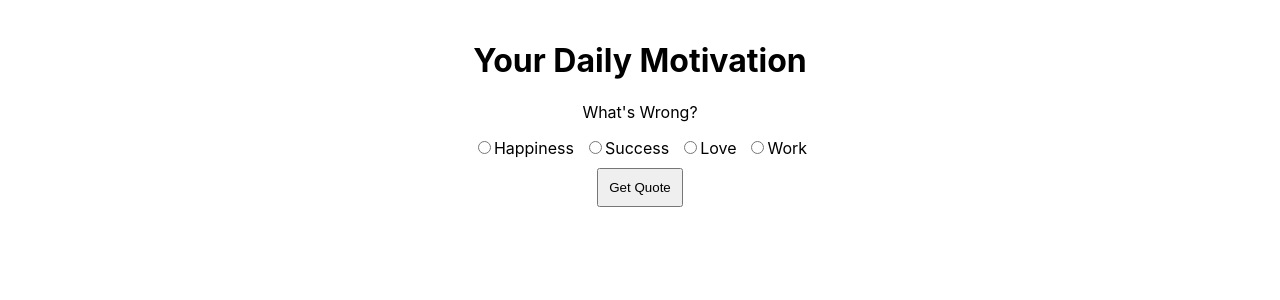
Repository: Allen-Feng-04/Advice_Generator
Page: /
These files come from the project's save history. The page is drawn as it stood at one moment and after the next save; the edit follows.
The browser window is 1280 px wide. The pictures show the whole page.
The project was rebuilt for these pictures with package versions that can differ from the ones it lists, and the page was loaded fresh each time.

Above is the page before, as saved 2024-10-26 23:13:23.

After the next save:
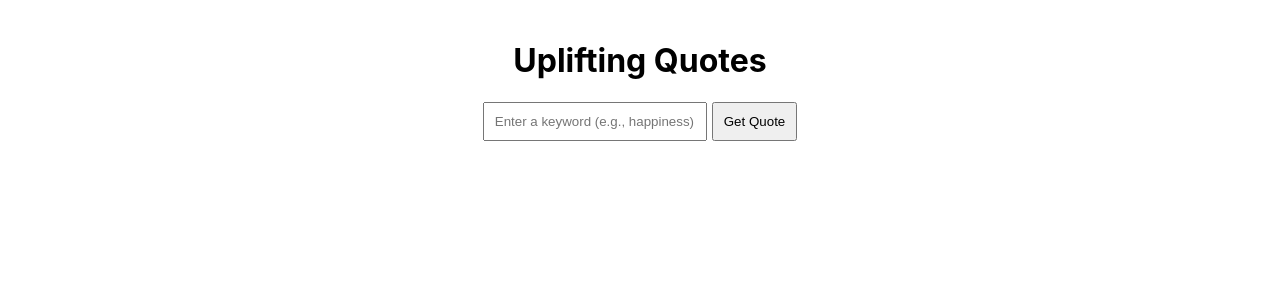
Saved 82 s later.
--- a/src/App.js
+++ b/src/App.js
@@ -1,38 +1,36 @@
 import React, { useState } from 'react';
 
 function App() {
-    // States to store the user's selected situation, respective quote, and author
     const [keyword, setKeyword] = useState('');
     const [quote, setQuote] = useState('');
     const [author, setAuthor] = useState('');
     const [error, setError] = useState(null);
 
-    // Function to fetch a quote based on the selected keyword
     const fetchQuote = async () => {
-      const apiUrl = `https://zenquotes.io/api/quotes?keyword=${keyword}`;
-      try {
-        const response = await fetch(apiUrl);
-        if (!response.ok) {
-            throw new Error("Network response was not ok");
-        }
-        const data = await response.json();
-        if (data && data.length > 0) {
-            setQuote(data[0].q); // Set the quote text
-            setAuthor(data[0].a); // Set the author of the quote
-            setError(null); // Clear any previous error
-        } else {
-            setQuote("No quotes found for that keyword. Try another!");
+        const apiUrl = `https://zenquotes.io/api/quotes?keyword=${keyword}`;
+
+        try {
+            const response = await fetch(apiUrl);
+            if (!response.ok) {
+                throw new Error("Network response was not ok");
+            }
+            const data = await response.json();
+            if (data && data.length > 0) {
+                setQuote(data[0].q); // Set the quote text
+                setAuthor(data[0].a); // Set the author of the quote
+                setError(null); // Clear any previous error
+            } else {
+                setQuote("No quotes found for that keyword. Try another!");
+                setAuthor("");
+            }
+        } catch (error) {
+            console.error("Error fetching quote:", error);
+            setError("Error fetching quote. Please try again later.");
+            setQuote("");
             setAuthor("");
         }
-    } catch (error) {
-        console.error("Error fetching quote:", error);
-        setError("Error fetching quote. Please try again later.");
-        setQuote("");
-        setAuthor("");
-    }
     };
 
-    // Function to handle form submission
     const handleSubmit = (e) => {
         e.preventDefault();
         fetchQuote();
@@ -40,49 +38,19 @@ function App() {
 
     return (
         <div style={{ textAlign: 'center', padding: '20px' }}>
-            <h1>Your Daily Motivation</h1>
+            <h1>Uplifting Quotes</h1>
             <form onSubmit={handleSubmit}>
-                <p>What's Wrong?</p>
-                <label>
-                    <input
-                        type="radio"
-                        value="happiness"
-                        checked={keyword === "happiness"}
-                        onChange={(e) => setKeyword(e.target.value)}
-                    />
-                    Happiness
-                </label>
-                <label style={{ marginLeft: '10px' }}>
-                    <input
-                        type="radio"
-                        value="success"
-                        checked={keyword === "success"}
-                        onChange={(e) => setKeyword(e.target.value)}
-                    />
-                    Success
-                </label>
-                <label style={{ marginLeft: '10px' }}>
-                    <input
-                        type="radio"
-                        value="love"
-                        checked={keyword === "love"}
-                        onChange={(e) => setKeyword(e.target.value)}
-                    />
-                    Love
-                </label>
-                <label style={{ marginLeft: '10px' }}>
-                    <input
-                        type="radio"
-                        value="work"
-                        checked={keyword === "work"}
-                        onChange={(e) => setKeyword(e.target.value)}
-                    />
-                    Work
-                </label>
-                <br />
-                <button type="submit" style={{ padding: '10px', marginTop: '10px' }}>Get Quote</button>
+                <input
+                    type="text"
+                    value={keyword}
+                    onChange={(e) => setKeyword(e.target.value)}
+                    placeholder="Enter a keyword (e.g., happiness)"
+                    style={{ padding: '10px', width: '200px' }}
+                />
+                <button type="submit" style={{ padding: '10px', marginLeft: '5px' }}>Get Quote</button>
             </form>
             <div style={{ marginTop: '20px' }}>
+                {error && <p style={{ color: 'red' }}>{error}</p>}
                 {quote && <p style={{ fontSize: '1.5em', fontStyle: 'italic' }}>"{quote}"</p>}
                 {author && <p style={{ fontWeight: 'bold' }}>- {author}</p>}
             </div>
